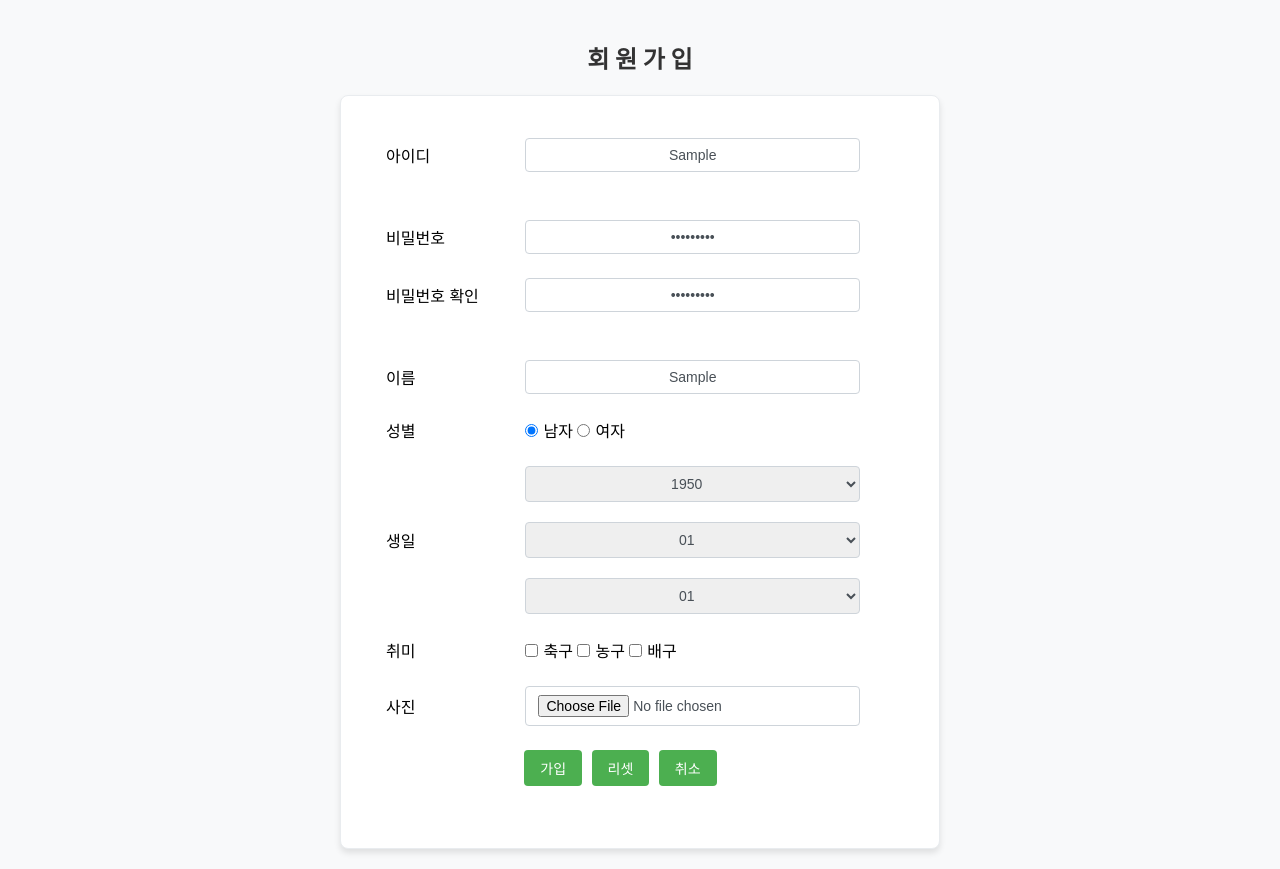
Repository: 1plus1equals3-true/Board-Project
Page: http://localhost/jsp/member/Join.jsp
The author's editor kept a copy of each file at every save. The page is drawn from the files as they stood at one save, then again after the next save.
The browser window is 1280 px wide. The pictures show the whole page.
Empty fields were first filled with sample values (such as "Sample", 5 or name@example.com).
After loading, the first visible `#upass1` was changed once.
The page is served by Tomcat 9.

Above is the page before, as saved 2025-09-16 02:10:44.

After the next save:
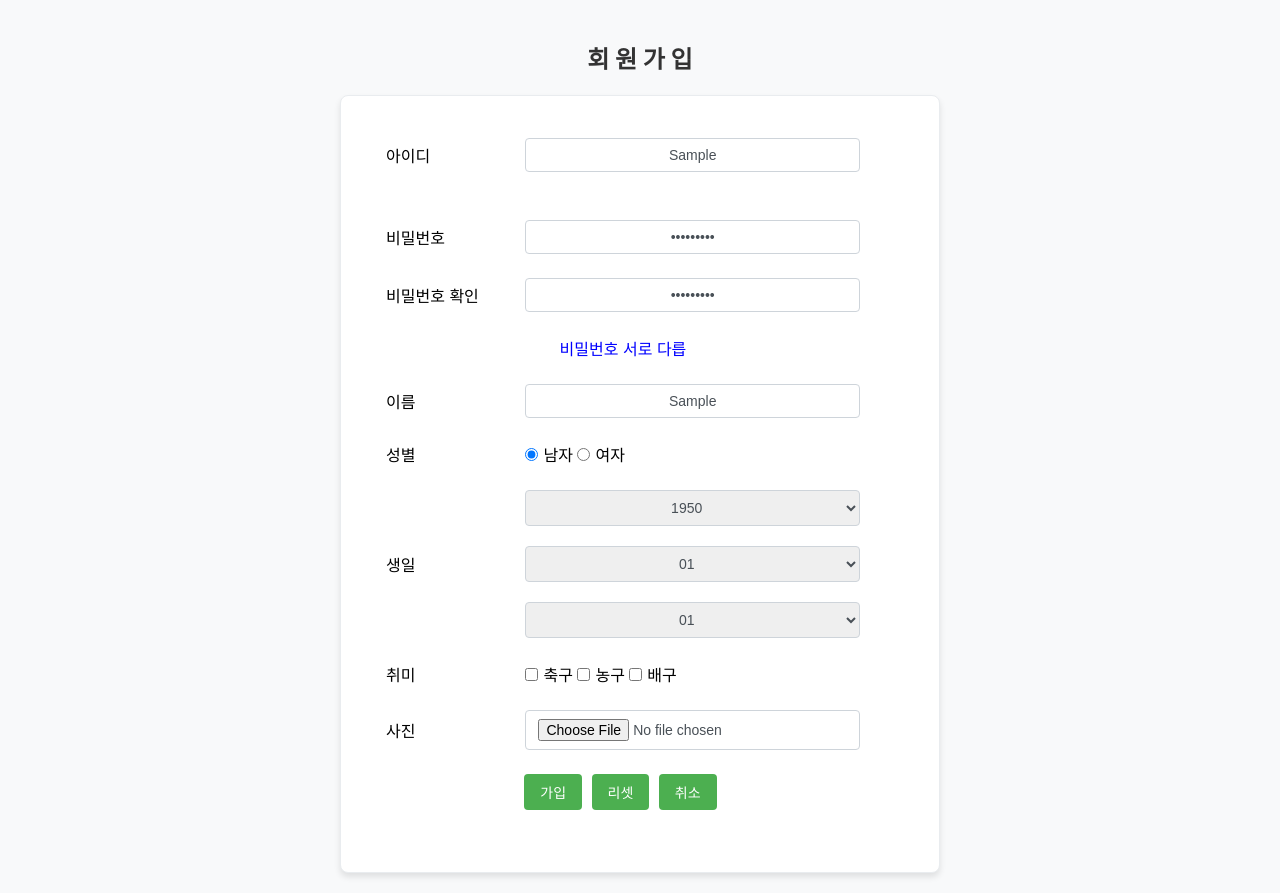
Saved 2 min 47 s later.
--- a/jsp/src/main/webapp/member/Join.jsp
+++ b/jsp/src/main/webapp/member/Join.jsp
@@ -269,6 +269,12 @@ function id_check()
 function pass_check() {
 	var pass1 = $('#upass1').val();
 	var pass2 = $('#upass2').val();
+
+	if (pass1 == pass2) {
+		$('#pass_msg').html("<font color='blue'>비밀번호 확인됨</font>");
+	}else {
+		$('#pass_msg').html("<font color='blue'>비밀번호 서로 다릅</font>");
+	}
 }
 </script>
 
